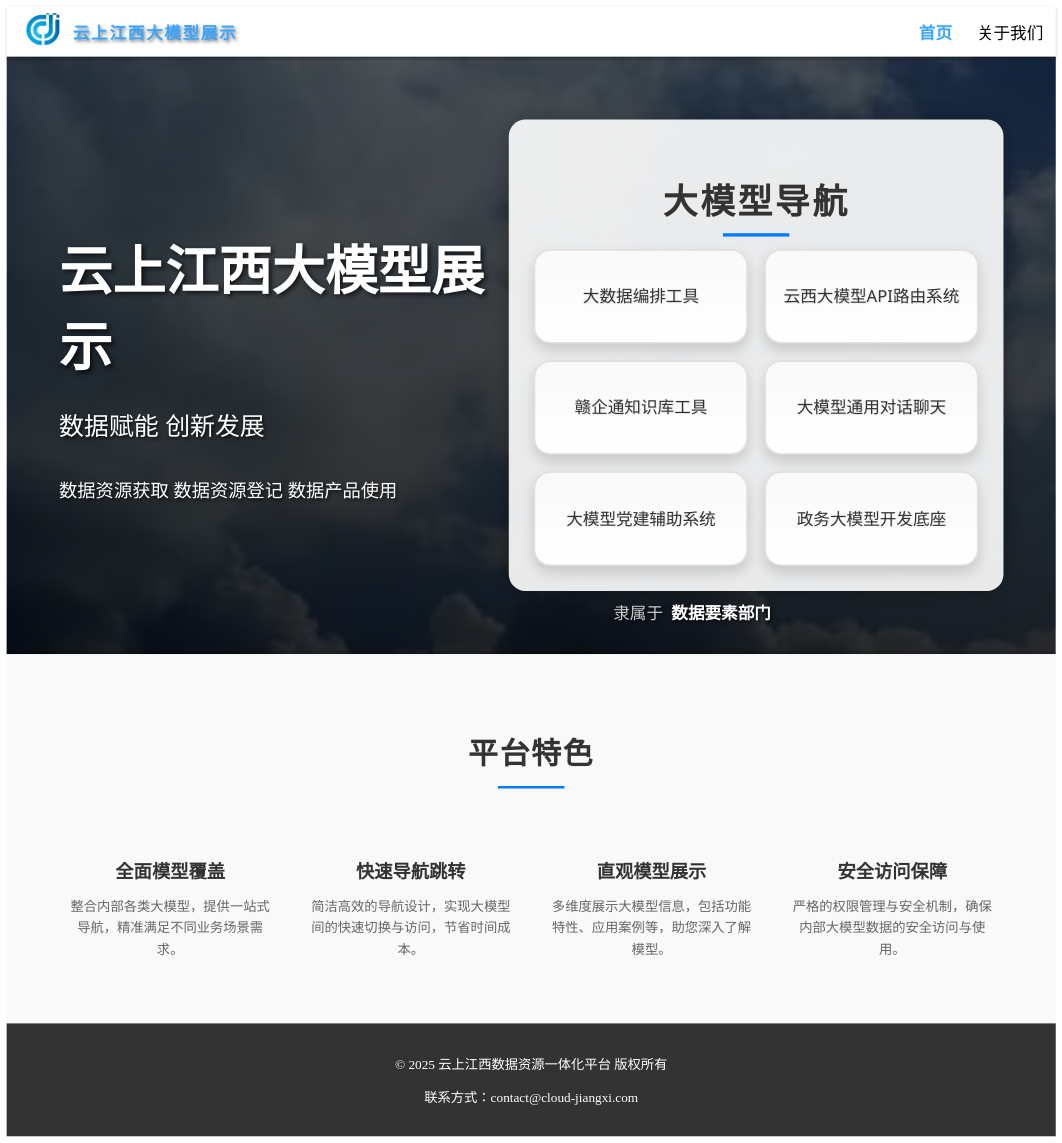
Repository: Felix-yifengyang/ysjx-model-nav
Page: /
An editor plug-in stored every save of this project. The page is shown before and after the next save, followed by the edit.
The browser window is 1280 px wide. The pictures show the whole page, at 83% of full size.
The project was rebuilt for these pictures with package versions that can differ from the ones it lists, and the page was loaded fresh each time. Also part of the build but not shown: vite.config.ts, src/About.vue.

Above is the page before, as saved 2025-02-21 14:16:18.

After the next save:
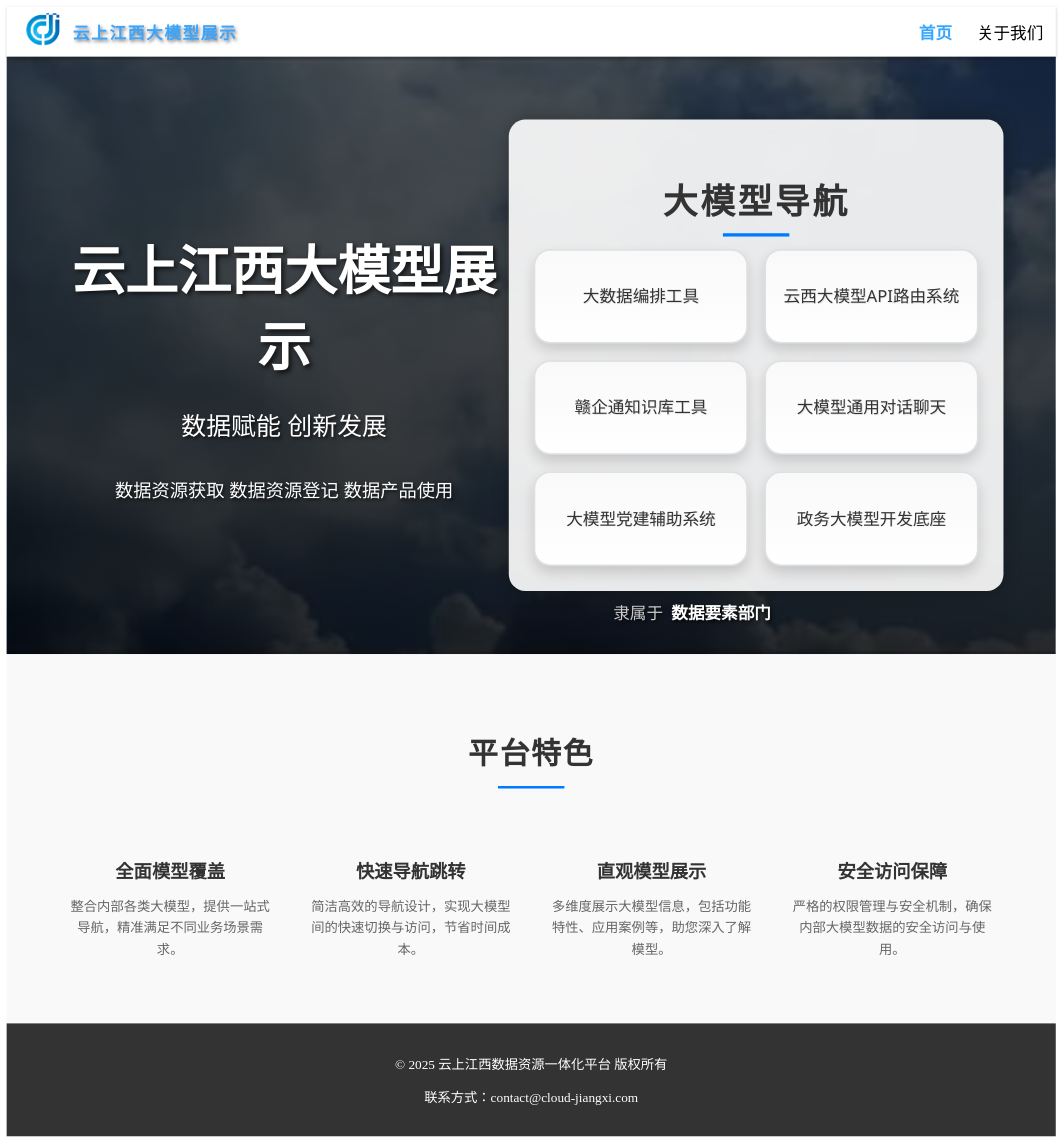
Saved 13 s later.
--- a/src/components/HeroSection.vue
+++ b/src/components/HeroSection.vue
@@ -117,7 +117,7 @@
 
 /* 文本内容样式 */
 .hero-text-content {
-    text-align: left;
+    text-align: center;
 }
 
 .hero-title {
